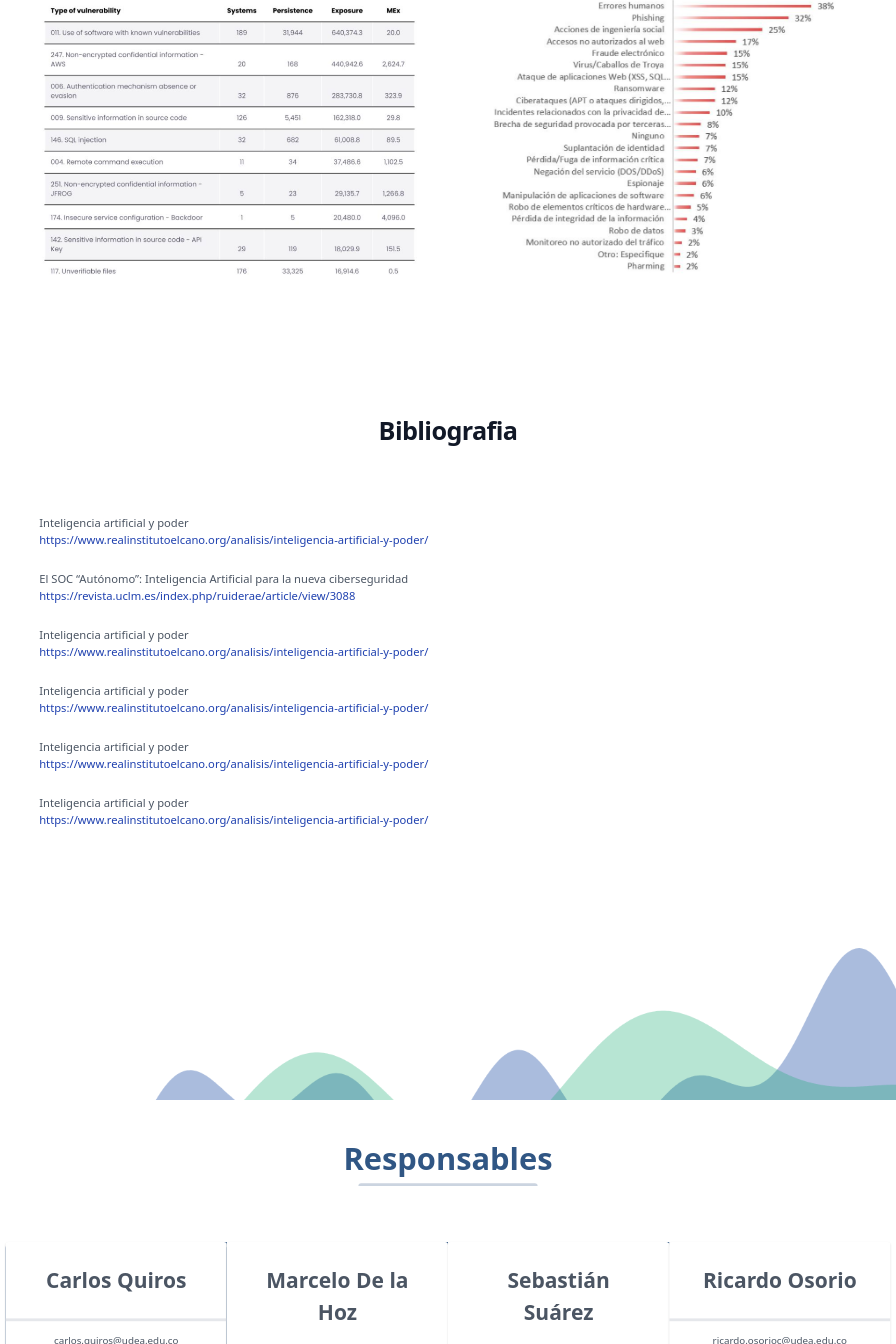
Repository: cardacar/fdi-2022
Page: /
An editor plug-in stored every save of this project. The page is shown before and after the next save, followed by the edit.
The browser window is 1280 px wide. The pictures show the part of the page from y = 4419 to 6339 px (the page is 6904 px tall), at 70% of full size.
The project was rebuilt for these pictures with package versions that can differ from the ones it lists, and the page was loaded fresh each time. The framework's server and built-in components were replaced by stand-ins that run in the browser. Also part of the build but not shown: next.config.js.

Above is the page before, as saved 2022-08-07 16:52:25.

After the next save:
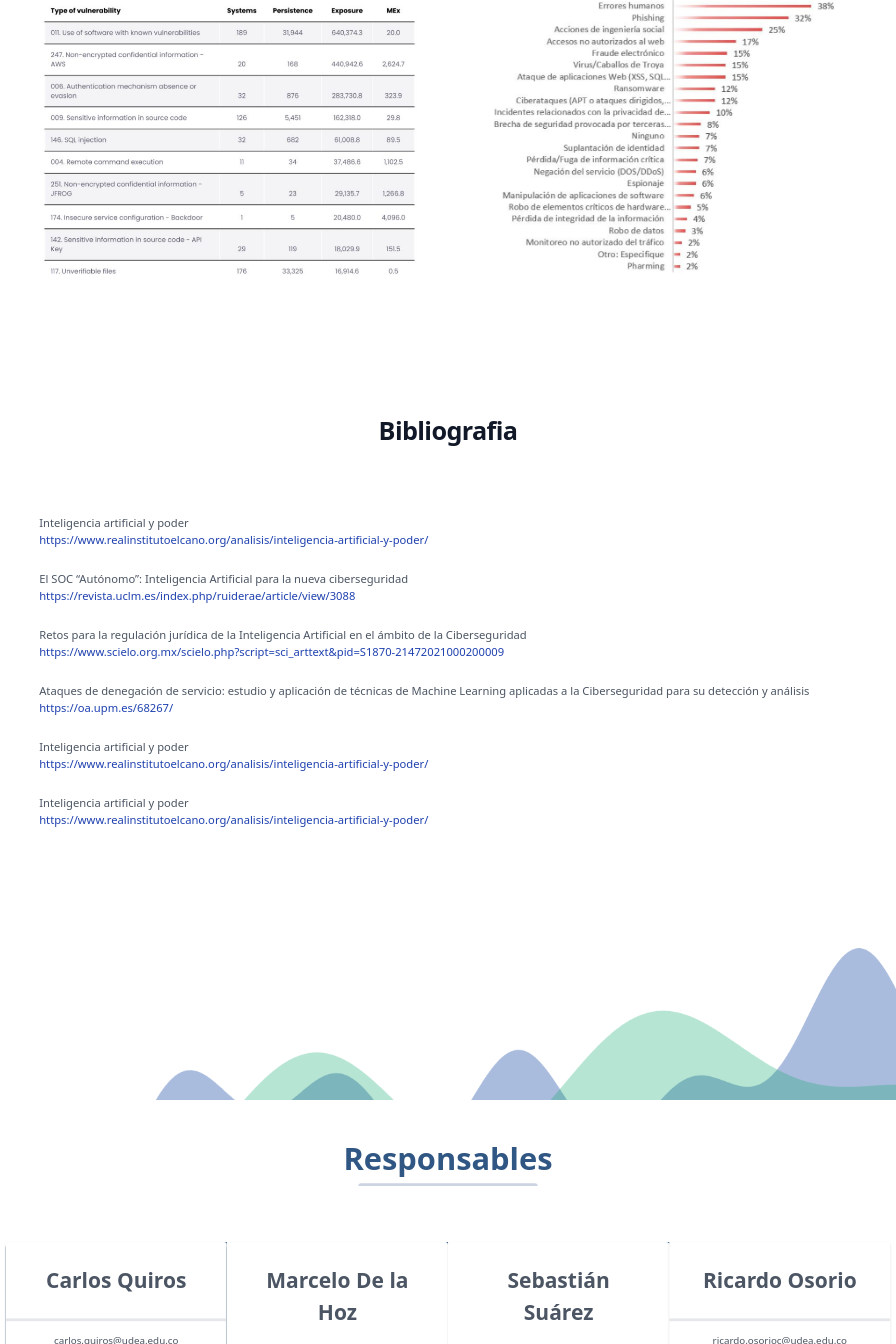
Saved 67 s later.
--- a/src/components/Bibliografia.tsx
+++ b/src/components/Bibliografia.tsx
@@ -24,14 +24,16 @@ const Bibliografia = () => {
           </div>
           <div className={`align-middle`}>
             <p className={`text-gray-600 mb-8 text-justify`}>
-              Inteligencia artificial y poder<br></br>
-             <a href=" https://www.realinstitutoelcano.org/analisis/inteligencia-artificial-y-poder/"> https://www.realinstitutoelcano.org/analisis/inteligencia-artificial-y-poder/</a>
+            Retos para la regulación jurídica de la Inteligencia Artificial en el ámbito de la Ciberseguridad<br></br>
+             <a href="https://www.scielo.org.mx/scielo.php?script=sci_arttext&pid=S1870-21472021000200009">https://www.scielo.org.mx/scielo.php?script=sci_arttext&pid=S1870-21472021000200009</a>
             </p>
           </div>
           <div className={`align-middle`}>
             <p className={`text-gray-600 mb-8 text-justify`}>
-              Inteligencia artificial y poder<br></br>
-             <a href=" https://www.realinstitutoelcano.org/analisis/inteligencia-artificial-y-poder/"> https://www.realinstitutoelcano.org/analisis/inteligencia-artificial-y-poder/</a>
+            Ataques de denegación de servicio: estudio y aplicación de técnicas de Machine Learning aplicadas a la Ciberseguridad para su detección y análisis<br></br>
+             <a href="https://oa.upm.es/68267/
+">https://oa.upm.es/68267/
+</a>
             </p>
           </div>
           <div className={`align-middle`}>
